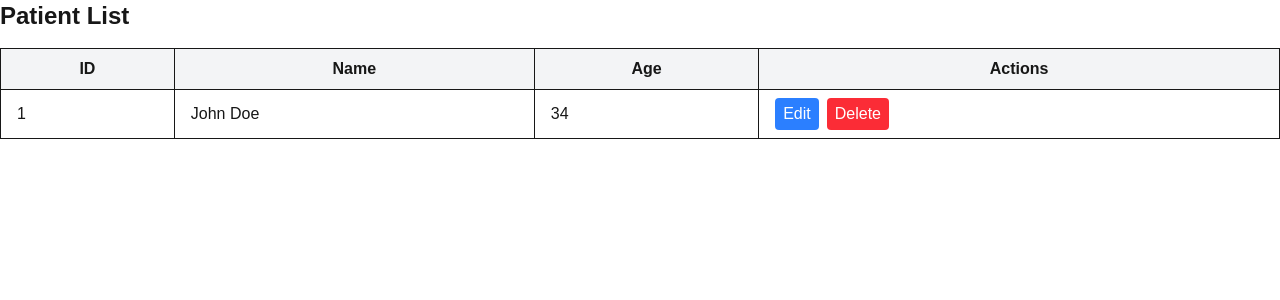
Repository: DangerCR7/patient-crud-app
Page: /patients (app in patient-crud-ui/)
These files come from the project's save history. The page is drawn as it stood at one moment and after the next save; the edit follows.
The browser window is 1280 px wide. The pictures show the whole page.
The page's requests for data from a server got no answer. The project was rebuilt for these pictures with package versions that can differ from the ones it lists, and the page was loaded fresh each time. The framework's server and built-in components were replaced by stand-ins that run in the browser. No one was signed in, and anything a server would have sent is missing. Also part of the build but not shown: patient-crud-ui/next.config.mjs.

Above is the page before, as saved 2025-07-14 20:11:56.

### patient-crud-ui/src/app/patients/page.js
// src/app/patients/page.js
'use client';

import React from 'react';
import Link from 'next/link';

<Link href="/patient-form">
  <button className="bg-green-600 text-white px-4 py-2 mb-4 rounded">
    ➕ Add Patient
  </button>
</Link>


export default function PatientsList() {
  return (
    <div className="container">
      <h1 className="text-2xl font-bold mb-4">Patient List</h1>

      <table className="table-auto w-full border-collapse border border-gray-300">
        <thead>
          <tr className="bg-gray-100">
            <th className="border px-4 py-2">ID</th>
            <th className="border px-4 py-2">Name</th>
            <th className="border px-4 py-2">Age</th>
            <th className="border px-4 py-2">Actions</th>
          </tr>
        </thead>
        <tbody>
          {/* You can dynamically fetch and render patient data here */}
          <tr>
            <td className="border px-4 py-2">1</td>
            <td className="border px-4 py-2">John Doe</td>
            <td className="border px-4 py-2">34</td>
            <td className="border px-4 py-2">
              <button className="bg-blue-500 text-white px-2 py-1 rounded mr-2">Edit</button>
              <button className="bg-red-500 text-white px-2 py-1 rounded">Delete</button>
            </td>
          </tr>
        </tbody>
      </table>
    </div>
  );
  <tbody>
  {patients.map((patient) => (
    <tr key={patient.id}>
      <td className="border px-4 py-2">{patient.id}</td>
      <td className="border px-4 py-2">{patient.name}</td>
      <td className="border px-4 py-2">{patient.age}</td>
      <td className="border px-4 py-2">
        <Link href={`/edit-patient/${patient.id}`}>
          <button className="bg-blue-500 text-white px-2 py-1 rounded mr-2">Edit</button>
        </Link>
        <button
          onClick={() => handleDelete(patient.id)}
          className="bg-red-500 text-white px-2 py-1 rounded"
        >
          Delete
        </button>
      </td>
    </tr>
  ))}
</tbody>

const handleDelete = async (id) => {
  if (confirm("Are you sure you want to delete this patient?")) {
    await fetch(`http://localhost:8080/api/patients/${id}`, {
      method: 'DELETE',
    });
    // Refresh patient list after delete
    fetchPatients();
  }
};


}

Loaded but not shown: patient-crud-ui/src/app/layout.js (common file); patient-crud-ui/src/app/globals.css (common file)

After the next save:
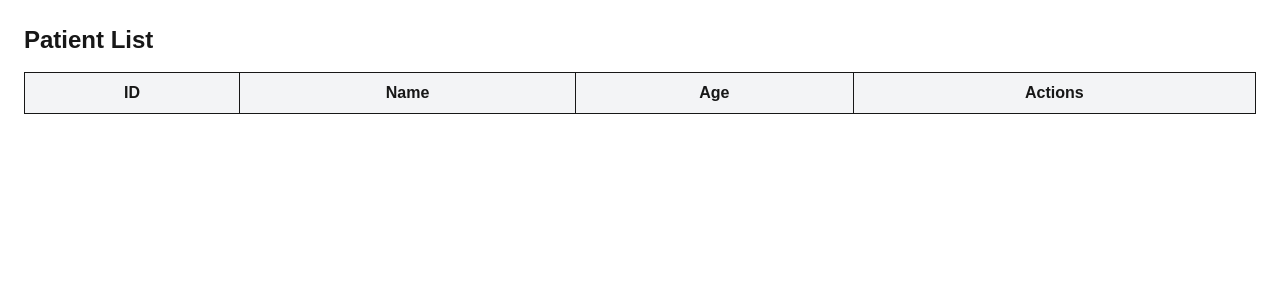
Saved 13 s later.
--- a/patient-crud-ui/src/app/patients/page.js
+++ b/patient-crud-ui/src/app/patients/page.js
@@ -1,22 +1,28 @@
-// src/app/patients/page.js
 'use client';
-
-import React from 'react';
-import Link from 'next/link';
-
-<Link href="/patient-form">
-  <button className="bg-green-600 text-white px-4 py-2 mb-4 rounded">
-    ➕ Add Patient
-  </button>
-</Link>
-
+import React, { useEffect, useState } from 'react';
 
 export default function PatientsList() {
+  const [patients, setPatients] = useState([]);
+
+  const fetchPatients = async () => {
+    const res = await fetch('http://localhost:8080/api/patients');
+    const data = await res.json();
+    setPatients(data);
+  };
+
+  const handleDelete = async (id) => {
+    await fetch(`http://localhost:8080/api/patients/${id}`, { method: 'DELETE' });
+    fetchPatients();
+  };
+
+  useEffect(() => {
+    fetchPatients();
+  }, []);
+
   return (
-    <div className="container">
+    <div className="p-6">
       <h1 className="text-2xl font-bold mb-4">Patient List</h1>
-
-      <table className="table-auto w-full border-collapse border border-gray-300">
+      <table className="table-auto w-full border-collapse border">
         <thead>
           <tr className="bg-gray-100">
             <th className="border px-4 py-2">ID</th>
@@ -26,50 +32,18 @@ export default function PatientsList() {
           </tr>
         </thead>
         <tbody>
-          {/* You can dynamically fetch and render patient data here */}
-          <tr>
-            <td className="border px-4 py-2">1</td>
-            <td className="border px-4 py-2">John Doe</td>
-            <td className="border px-4 py-2">34</td>
-            <td className="border px-4 py-2">
-              <button className="bg-blue-500 text-white px-2 py-1 rounded mr-2">Edit</button>
-              <button className="bg-red-500 text-white px-2 py-1 rounded">Delete</button>
-            </td>
-          </tr>
+          {patients.map((p) => (
+            <tr key={p.id}>
+              <td className="border px-4 py-2">{p.id}</td>
+              <td className="border px-4 py-2">{p.name}</td>
+              <td className="border px-4 py-2">{p.age}</td>
+              <td className="border px-4 py-2">
+                <button onClick={() => handleDelete(p.id)} className="bg-red-500 text-white px-2 py-1 rounded">Delete</button>
+              </td>
+            </tr>
+          ))}
         </tbody>
       </table>
     </div>
   );
-  <tbody>
-  {patients.map((patient) => (
-    <tr key={patient.id}>
-      <td className="border px-4 py-2">{patient.id}</td>
-      <td className="border px-4 py-2">{patient.name}</td>
-      <td className="border px-4 py-2">{patient.age}</td>
-      <td className="border px-4 py-2">
-        <Link href={`/edit-patient/${patient.id}`}>
-          <button className="bg-blue-500 text-white px-2 py-1 rounded mr-2">Edit</button>
-        </Link>
-        <button
-          onClick={() => handleDelete(patient.id)}
-          className="bg-red-500 text-white px-2 py-1 rounded"
-        >
-          Delete
-        </button>
-      </td>
-    </tr>
-  ))}
-</tbody>
-
-const handleDelete = async (id) => {
-  if (confirm("Are you sure you want to delete this patient?")) {
-    await fetch(`http://localhost:8080/api/patients/${id}`, {
-      method: 'DELETE',
-    });
-    // Refresh patient list after delete
-    fetchPatients();
-  }
-};
-
-
 }
